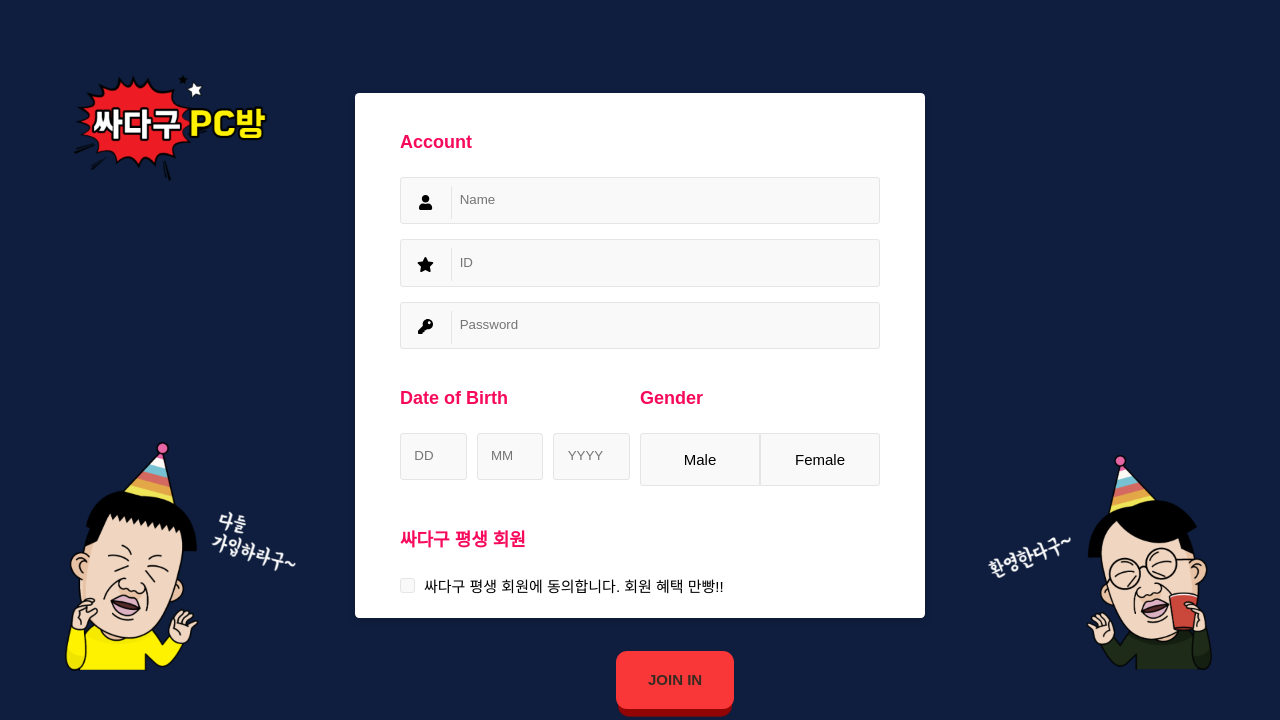
Repository: lkwoung/webProject-assignment
Page: http://localhost/CheapPC/login/join.jsp
The author's editor kept a copy of each file at every save. The page is drawn from the files as they stood at one save, then again after the next save.
The browser window is 1280 px wide. The pictures show the whole page.
Some web fonts or font styles are not loaded; a fallback is used. Some web libraries are served in a nearby version. The page is served by Tomcat 9. Other server files are loaded and not shown.

Above is the page before, as saved 2020-12-17 08:44:41.

### CheapPC/WebContent/login/join.jsp
<%@ page language="java" contentType="text/html; charset=UTF-8"
	pageEncoding="UTF-8"%>
<!DOCTYPE html>
<html>
<head>
  <meta http-equiv="Content-Type" content="text/html; charset=UTF-8"/>
  <script src="https://use.fontawesome.com/releases/v5.2.0/js/all.js"></script>
  <title>cheap PC Join</title>
  <link rel="stylesheet" href="../css/join.css">
  <link href="https://fonts.googleapis.com/earlyaccess/hanna.css" rel="stylesheet" type="text/css" />
</head>
<body>
<div class="container">
  <form name=joinform style="font-family:'Hanna', sans-serif;" action="user_join">
    <div class="row">
      <h4>Account</h4>
      <div class="input-group input-group-icon">
        <input type="text" name="name" placeholder="Name" style="font-family:'Hanna', sans-serif;"/>
        <div class="input-icon"><i class="fa fa-user"></i></div>
      </div>
      <div class="input-group input-group-icon">
        <input type="text" name="id" placeholder="ID" style="font-family:'Hanna', sans-serif;"/>
        <div class="input-icon"><i class="fa fa-star"></i></div>
      </div>
      <div class="input-group input-group-icon">
        <input type="password" name="password" placeholder="Password" style="font-family:'Hanna', sans-serif;"/>
        <div class="input-icon"><i class="fa fa-key"></i></div>
      </div>
    </div>
    <div class="row">
      <div class="col-half">
        <h4>Date of Birth</h4>
        <div class="input-group">
          <div class="col-third">
            <input type="text" name="dd" placeholder="DD"/>
          </div>
          <div class="col-third">
            <input type="text" name="mm" placeholder="MM"/>
          </div>
          <div class="col-third">
            <input type="text" name="yyyy" placeholder="YYYY"/>
          </div>
        </div>
      </div>
      <div class="col-half">
        <h4>Gender</h4>
        <div class="input-group">
          <input type="radio" name="gender" value="male" id="gender-male"/>
          <label for="gender-male">Male</label>
          <input type="radio" name="gender" value="female" id="gender-female"/>
          <label for="gender-female">Female</label>
        </div>
      </div>
    </div>
    <div class="row">
      <h4>싸다구 평생 회원</h4>
      <div class="input-group">
        <input type="checkbox" name="contract" value="yes" id="terms" />
        <label for="terms" style="font-family:'Hanna', sans-serif;">싸다구 평생 회원에 동의합니다. 회원 혜택 만빵!!</label>
      </div>
    </div>
      <button type="submit" class="learn-more">Join in</button>
  </form>
  </div>

<script src="https://code.jquery.com/jquery-3.1.1.min.js"></script>
</body>

### CheapPC/WebContent/css/join.css
*,
*:before,
*:after {
  box-sizing: border-box;
}
body {
	background: url(image/join.png) no-repeat center center fixed;
	-webkit-background-size: cover;
	-moz-background-size: cover;
	-o-background-size: cover;
  background-size: cover;
  padding: 1em;
  font-family:'Hanna', sans-serif;
  font-size: 15px;
}
h4 {
  color: #f7095b;
  font-size:18px;
}
input,
input[type="radio"] + label,
input[type="checkbox"] + label:before,
select option,
select {
  width: 100%;
  padding: 1em;
  line-height: 1.4;
  background-color: #f9f9f9;
  border: 1px solid #e5e5e5;
  border-radius: 3px;
  -webkit-transition: 0.35s ease-in-out;
  -moz-transition: 0.35s ease-in-out;
  -o-transition: 0.35s ease-in-out;
  transition: 0.35s ease-in-out;
  transition: all 0.35s ease-in-out;
}
input:focus {
  outline: 0;
  border-color: #f7095b;
}
input:focus + .input-icon i {
  color: #f7095b;
}
input:focus + .input-icon:after {
  border-right-color: #f7095b;
}
input[type="radio"] {
  display: none;
}
input[type="radio"] + label,
select {
  display: inline-block;
  width: 50%;
  text-align: center;
  float: left;
  border-radius: 0;
}
input[type="radio"] + label:first-of-type {
  border-top-left-radius: 3px;
  border-bottom-left-radius: 3px;
}
input[type="radio"] + label:last-of-type {
  border-top-right-radius: 3px;
  border-bottom-right-radius: 3px;
}
input[type="radio"] + label i {
  padding-right: 0.4em;
}
input[type="radio"]:checked + label,
input:checked + label:before,
select:focus,
select:active {
  background-color: #f7095b;
  color: #fff;
  border-color: #d90952;
}
input[type="checkbox"] {
  display: none;
}
input[type="checkbox"] + label {
  position: relative;
  display: block;
  padding-left: 1.6em;
}
input[type="checkbox"] + label:before {
  position: absolute;
  top: 0.2em;
  left: 0;
  display: block;
  width: 1em;
  height: 1em;
  padding: 0;
  content: "";
}
input[type="checkbox"] + label:after {
  position: absolute;
  top: 0.45em;
  left: 0.2em;
  font-size: 0.8em;
  color: #fff;
  opacity: 0;
  font-family:'Hanna', sans-serif;
  content: "\f00c";
}
input:checked + label:after {
  opacity: 1;
}
select {
  height: 3.4em;
  line-height: 2;
}
select:first-of-type {
  border-top-left-radius: 3px;
  border-bottom-left-radius: 3px;
}
select:last-of-type {
  border-top-right-radius: 3px;
  border-bottom-right-radius: 3px;
}
select:focus,
select:active {
  outline: 0;
}
select option {
  background-color: #f7095b;
  color: #fff;
}
.input-group {
  margin-bottom: 1em;
  zoom: 1;
}
.input-group:before,
.input-group:after {
  content: "";
  display: table;
}
.input-group:after {
  clear: both;
}
.input-group-icon {
  position: relative;
}
.input-group-icon input {
  padding-left: 4.4em;
}
.input-group-icon .input-icon {
  position: absolute;
  top: 0;
  left: 0;
  width: 3.4em;
  height: 3.4em;
  line-height: 3.4em;
  text-align: center;
  pointer-events: none;
}
.input-group-icon .input-icon:after {
  position: absolute;
  top: 0.6em;
  bottom: 0.6em;
  left: 3.4em;
  display: block;
  border-right: 1px solid #e5e5e5;
  content: "";
  -webkit-transition: 0.35s ease-in-out;
  -moz-transition: 0.35s ease-in-out;
  -o-transition: 0.35s ease-in-out;
  transition: 0.35s ease-in-out;
  transition: all 0.35s ease-in-out;
}
.input-group-icon .input-icon i {
  -webkit-transition: 0.35s ease-in-out;
  -moz-transition: 0.35s ease-in-out;
  -o-transition: 0.35s ease-in-out;
  transition: 0.35s ease-in-out;
  transition: all 0.35s ease-in-out;
}
.container {
  max-height:35em;
  max-width: 38em;
  padding: 1em 3em 2em 3em;
  margin: 0em auto;
  margin-top: 70px;
  background-color: #fff;
  border-radius: 4.2px;
  box-shadow: 0px 3px 10px -2px rgba(0, 0, 0, 0.2);
}
.row {
  zoom: 1;
}
.row:before,
.row:after {
  content: "";
  display: table;
}
.row:after {
  clear: both;
}
.col-half {
  padding-right: 10px;
  float: left;
  width: 50%;
}
.col-half:last-of-type {
  padding-right: 0;
}
.col-third {
  padding-right: 10px;
  float: left;
  width: 33.33333333%;
}
.col-third:last-of-type {
  padding-right: 0;
}
@media only screen and (max-width: 540px) {
  .col-half {
    width: 100%;
    padding-right: 0;
  }
}
button {
  position: relative;
  display: inline-block;
  cursor: pointer;
  outline: none;
  border: 0;
  vertical-align: middle;
  text-decoration: none;
  font-size: inherit;
}
button.learn-more {
  top:40px;
  left:45%;
  text-align: center;
  font-weight: 600;
  color: #382b22;
  text-transform: uppercase;
  padding: 1.25em 2em;
  background: #F93738;
  border: 2px solid #F93738;
  border-radius: 0.75em;
  -webkit-transform-style: preserve-3d;
          transform-style: preserve-3d;
  -webkit-transition: background 150ms cubic-bezier(0, 0, 0.58, 1), -webkit-transform 150ms cubic-bezier(0, 0, 0.58, 1);
  transition: background 150ms cubic-bezier(0, 0, 0.58, 1), -webkit-transform 150ms cubic-bezier(0, 0, 0.58, 1);
  transition: transform 150ms cubic-bezier(0, 0, 0.58, 1), background 150ms cubic-bezier(0, 0, 0.58, 1);
  transition: transform 150ms cubic-bezier(0, 0, 0.58, 1), background 150ms cubic-bezier(0, 0, 0.58, 1), -webkit-transform 150ms cubic-bezier(0, 0, 0.58, 1);
}
button.learn-more::before {
  position: absolute;
  content: '';
  width: 100%;
  height: 80%;
  top: 0;
  left: 0;
  right: 0;
  bottom: 0;
  background: #F93738;
  border-radius: inherit;
  box-shadow: 0 0 0 2px #930405, 0 0.625em 0 0 #930405;
  -webkit-transform: translate3d(0, 0.75em, -1em);
          transform: translate3d(0, 0.75em, -1em);
  -webkit-transition: box-shadow 150ms cubic-bezier(0, 0, 0.58, 1), -webkit-transform 150ms cubic-bezier(0, 0, 0.58, 1);
  transition: box-shadow 150ms cubic-bezier(0, 0, 0.58, 1), -webkit-transform 150ms cubic-bezier(0, 0, 0.58, 1);
  transition: transform 150ms cubic-bezier(0, 0, 0.58, 1), box-shadow 150ms cubic-bezier(0, 0, 0.58, 1);
  transition: transform 150ms cubic-bezier(0, 0, 0.58, 1), box-shadow 150ms cubic-bezier(0, 0, 0.58, 1), -webkit-transform 150ms cubic-bezier(0, 0, 0.58, 1);
}
button.learn-more:hover {
  background: #F93738;
  -webkit-transform: translate(0, 0.25em);
          transform: translate(0, 0.25em);
}
button.learn-more:hover::before {
  box-shadow: 0 0 0 2px #930405, 0 0.5em 0 0 #930405;
  -webkit-transform: translate3d(0, 0.5em, -1em);
          transform: translate3d(0, 0.5em, -1em);
}
button.learn-more:active {
  background: #F93738;
  -webkit-transform: translate(0em, 0.75em);
          transform: translate(0em, 0.75em);
}
button.learn-more:active::before {
  box-shadow: 0 0 0 2px #930405, 0 0 #930405;
  -webkit-transform: translate3d(0, 0, -1em);
          transform: translate3d(0, 0, -1em);

After the next save:
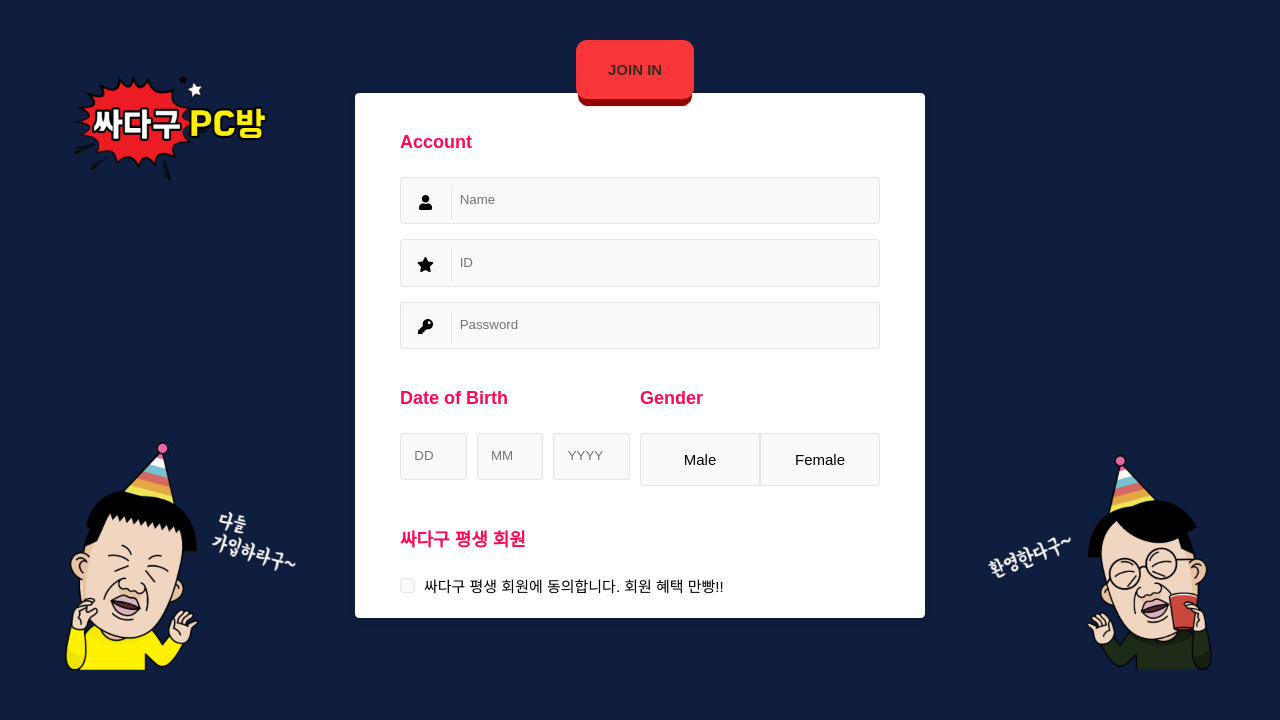
Saved 5 min 28 s later.
--- a/CheapPC/WebContent/css/join.css
+++ b/CheapPC/WebContent/css/join.css
@@ -218,7 +218,7 @@ select option {
   }
 }
 button {
-  position: relative;
+  position: fixed;
   display: inline-block;
   cursor: pointer;
   outline: none;
